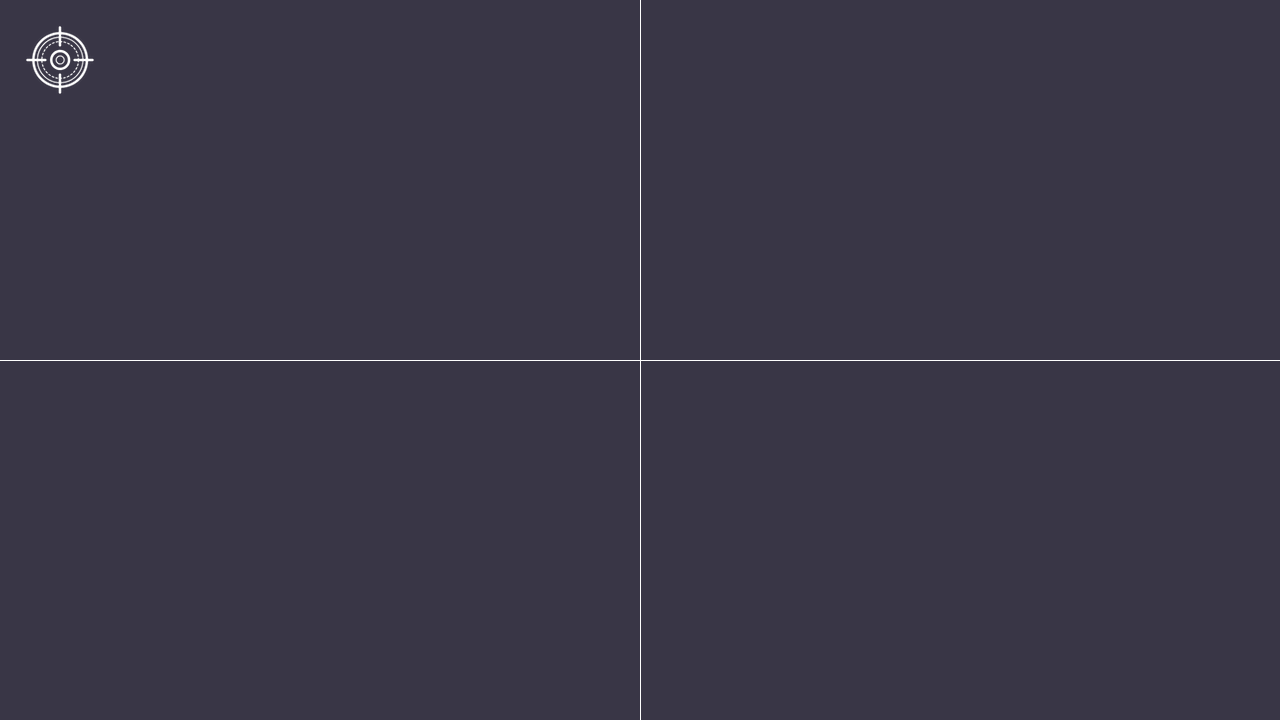
Repository: sephinejo/frontend-browser-101
Page: browser/practice-coordinates/index.html
These files come from the project's save history. The page is drawn as it stood at one moment and after the next save; the edit follows.
The browser window is 1280 px wide. The pictures show the whole page.

Above is the page before, as saved 2023-05-10 16:57:36.

After the next save:
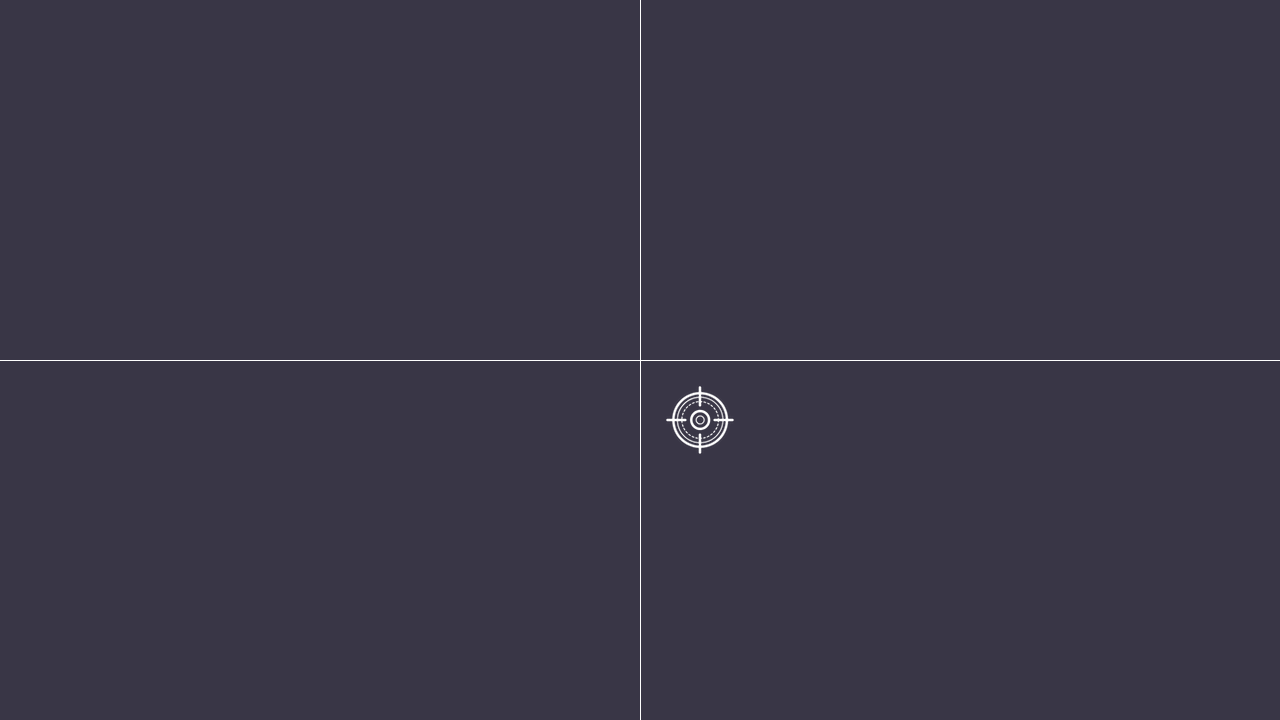
Saved 16 s later.
--- a/browser/practice-coordinates/style.css
+++ b/browser/practice-coordinates/style.css
@@ -21,6 +21,9 @@ body {
 }
 
 .target {
+  position: absolute;
+  top: 50%;
+  left: 50%;
 }
 
 .coordinates {
